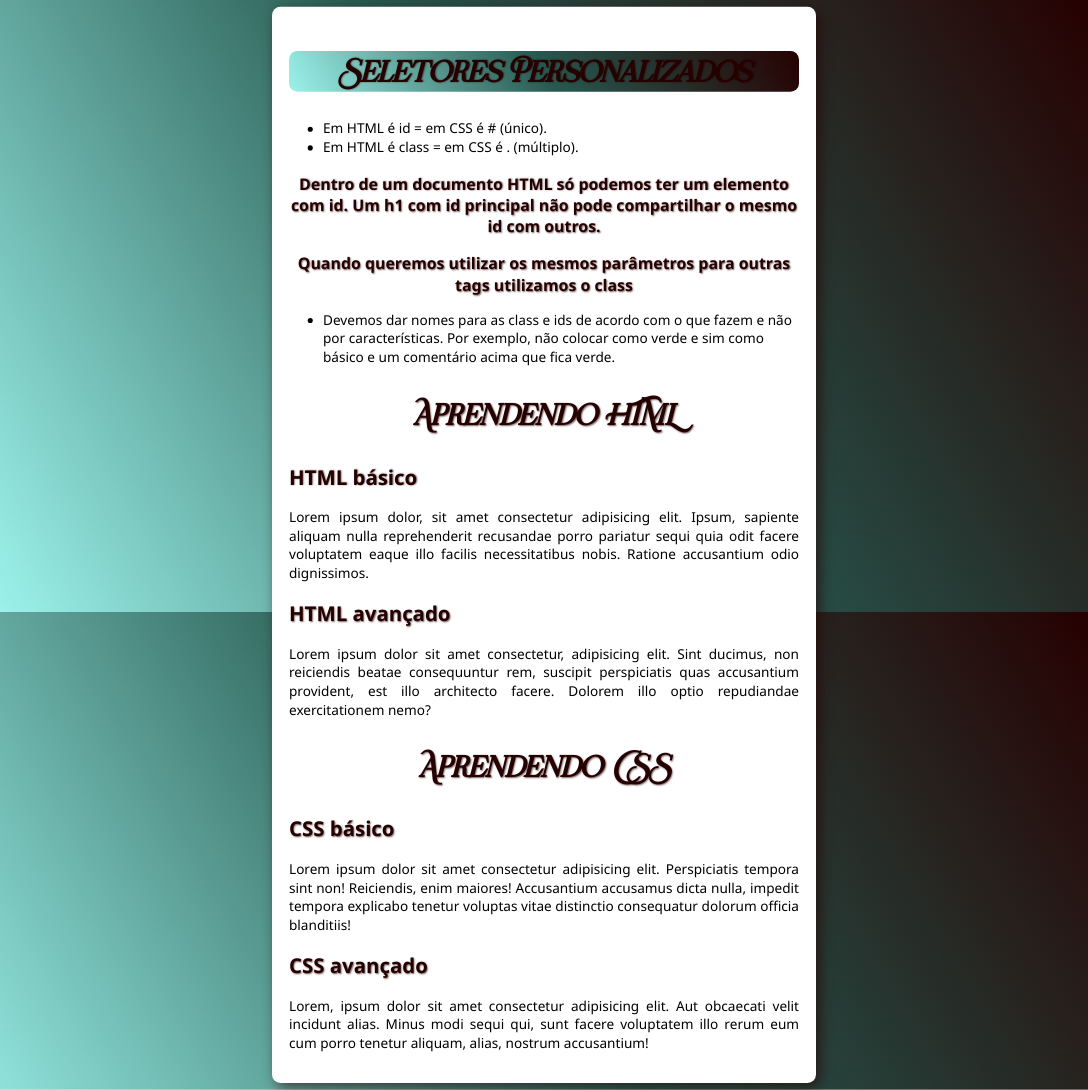
Repository: Willcmorais/vscode-workspace
Page: html-css/curso-em-video/modulo02/estudos/ex024-seletores-personaliz/index.html
These files come from the project's save history. The page is drawn as it stood at one moment and after the next save; the edit follows.
The browser window is 1280 px wide. The pictures show the whole page, at 85% of full size.
Backgrounds fixed to the window are drawn as part of the page.

Above is the page before, as saved 2024-09-23 10:08:13.

### html-css/curso-em-video/modulo02/estudos/ex024-seletores-personaliz/index.html
<!DOCTYPE html>
<html lang="pt-br">

<head>
    <meta charset="UTF-8">
    <meta name="viewport" content="width=device-width, initial-scale=1.0">
    <title>Usando o id com CSS</title>
    <link rel="stylesheet" href="style.css">
    <style>
        @font-face {
            font-family: 'Rusilla';
            src: url('fonts/Rusillaserif-Regular.ttf') format('opentype');
            font-weight: normal;
            font-style: normal;
        }
    </style>
</head>

<body>
    <main>
        <h1 id="principal">Seletores Personalizados</h1>
        <ul>
            <li>Em HTML é id = em CSS é # (único).</li>
            <li>Em HTML é class = em CSS é . (múltiplo).</li>
        </ul>
        <h3>Dentro de um documento HTML só podemos ter um elemento com id. Um h1 com id principal não pode compartilhar
            o mesmo id com outros.</h3>
        <h3>Quando queremos utilizar os mesmos parâmetros para outras tags utilizamos o class</h3>
        <ul>
            <li>Devemos dar nomes para as class e ids de acordo com o que fazem e não por características. Por exemplo,
                não
                colocar como verde e sim como básico e um comentário acima que fica verde.</li>
        </ul>
        <h1 class="basico">Aprendendo HTML</h1>
        <h2>HTML básico</h2>
        <p>Lorem ipsum dolor, sit amet consectetur adipisicing elit. Ipsum, sapiente aliquam nulla reprehenderit
            recusandae porro pariatur sequi quia odit facere voluptatem eaque illo facilis necessitatibus nobis. Ratione
            accusantium odio dignissimos.</p>
        <h2>HTML avançado</h2>
        <p>Lorem ipsum dolor sit amet consectetur, adipisicing elit. Sint ducimus, non reiciendis beatae consequuntur
            rem, suscipit perspiciatis quas accusantium provident, est illo architecto facere. Dolorem illo optio
            repudiandae exercitationem nemo?</p>
        <h1 class="basico">Aprendendo CSS</h1>
        <h2>CSS básico</h2>
        <p>Lorem ipsum dolor sit amet consectetur adipisicing elit. Perspiciatis tempora sint non! Reiciendis, enim
            maiores! Accusantium accusamus dicta nulla, impedit tempora explicabo tenetur voluptas vitae distinctio
            consequatur dolorum officia blanditiis!</p>
        <h2>CSS avançado</h2>
        <p>Lorem, ipsum dolor sit amet consectetur adipisicing elit. Aut obcaecati velit incidunt alias. Minus modi
            sequi qui, sunt facere voluptatem illo rerum eum cum porro tenetur aliquam, alias, nostrum accusantium!</p>

    </main>

</body>

</html>

### html-css/curso-em-video/modulo02/estudos/ex024-seletores-personaliz/style.css
@charset "utf8";

* {
    /*safe combination, ele usa a primeira letra q achar*/
    font-family: 'Segoe UI', Tahoma, Geneva, Verdana, sans-serif;
}

body {
    background-image: linear-gradient(-120deg, #260101, #275950, #9BF2EA);
    background-attachment: fixed;
}

img {
    /* As imagens são inline por padrão, então precisamos torná-las block */
    display: block;
    /* Centraliza horizontalmente */
    margin: 0 auto;
}

main {
    background-color: white;
    /*arredonda as bordas*/
    border-radius: 10px;
    /*1 parametro é o lado da sombra, 2 é para baixo, 3 é o quanto espalha e 4 o quanto de transparência tem(ou cor)*/
    box-shadow: 5px 5px 15px rgba(38, 1, 1, 0.619);
    /*largura do recorte*/
    width: 600px;
    /*distancia das bordas com o conteúdo*/
    padding: 20px;
    /*altera automaticamente a margem para o centro da tela*/
    margin: auto;
}

h1#principal {
    font: italic bolder 3em 'Rusilla';
    text-align: center;
    color: #260101;
    background-image: linear-gradient(-120deg, #260101, #275950, #9BF2EA);
    border-radius: 10px;
    /*mesmos parametros para o box-shadow*/
    text-shadow: 1px 1px 2px rgba(38, 1, 1, 0.615);
}

.basico {
    font: italic bolder 3em 'Rusilla';
    text-align: center;
    color: #260101;
    background-image: linear-gradient(-120deg, , #9BF2EA,#275950, #260101);
    border-radius: 10px;
    /*mesmos parametros para o box-shadow*/
    text-shadow: 1px 1px 2px rgba(38, 1, 1, 0.615);
}

h1 {
    text-align: center;
    color: #260101;
    /*mesmos parametros para o box-shadow*/
    text-shadow: 1px 1px 2px rgba(38, 1, 1, 0.615);
}

h2 {
    color: #260101;
    text-shadow: 1px 1px 2px rgba(38, 1, 1, 0.615);
}

h3 {
    text-align: center;
    color: #260101;
    text-shadow: 1px 1px 2px rgba(38, 1, 1, 0.615);
}

p {
    text-align: justify;
}

After the next save:
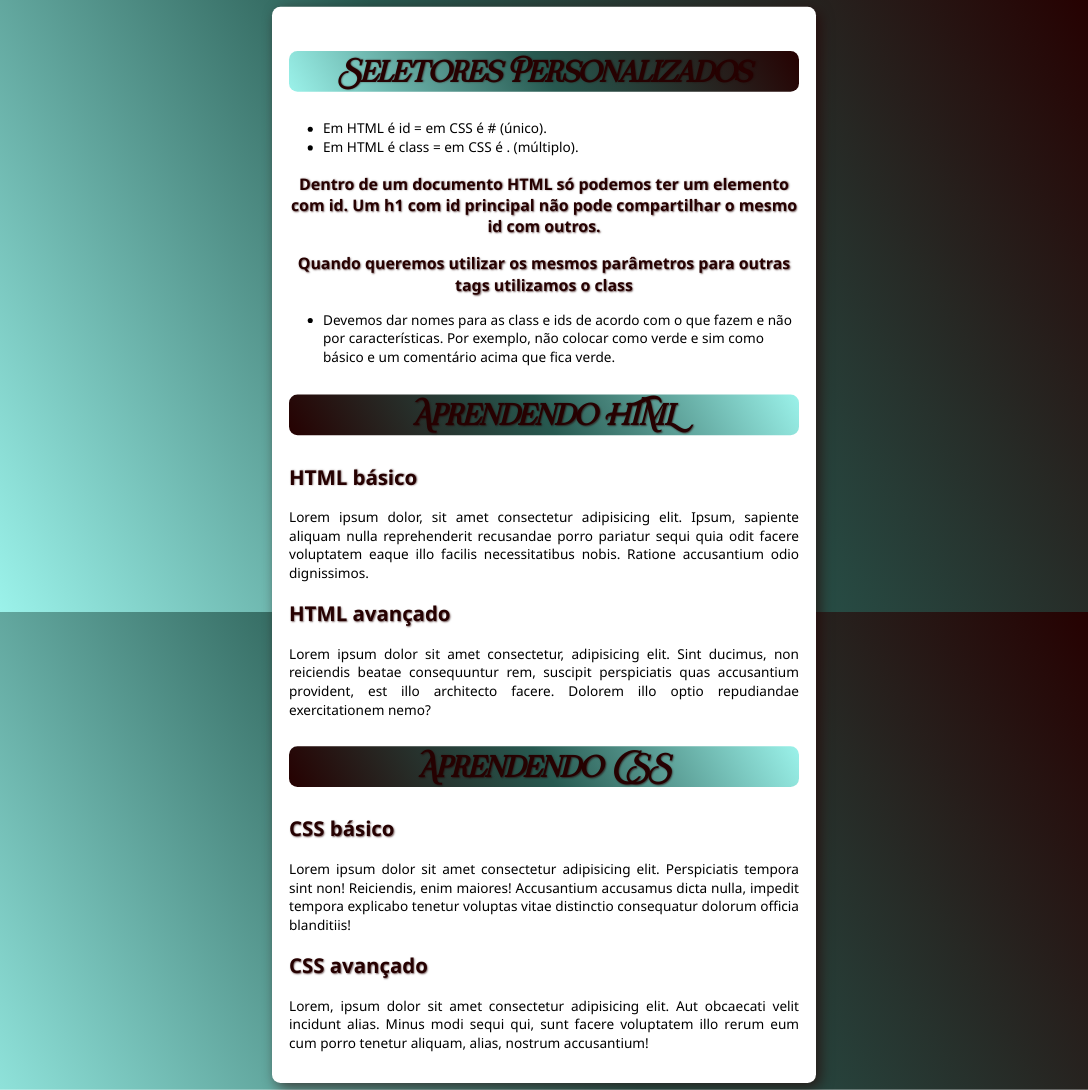
Saved 4 s later.
--- a/html-css/curso-em-video/modulo02/estudos/ex024-seletores-personaliz/style.css
+++ b/html-css/curso-em-video/modulo02/estudos/ex024-seletores-personaliz/style.css
@@ -45,7 +45,7 @@ h1#principal {
     font: italic bolder 3em 'Rusilla';
     text-align: center;
     color: #260101;
-    background-image: linear-gradient(-120deg, , #9BF2EA,#275950, #260101);
+    background-image: linear-gradient(-120deg, #9BF2EA,#275950, #260101);
     border-radius: 10px;
     /*mesmos parametros para o box-shadow*/
     text-shadow: 1px 1px 2px rgba(38, 1, 1, 0.615);
